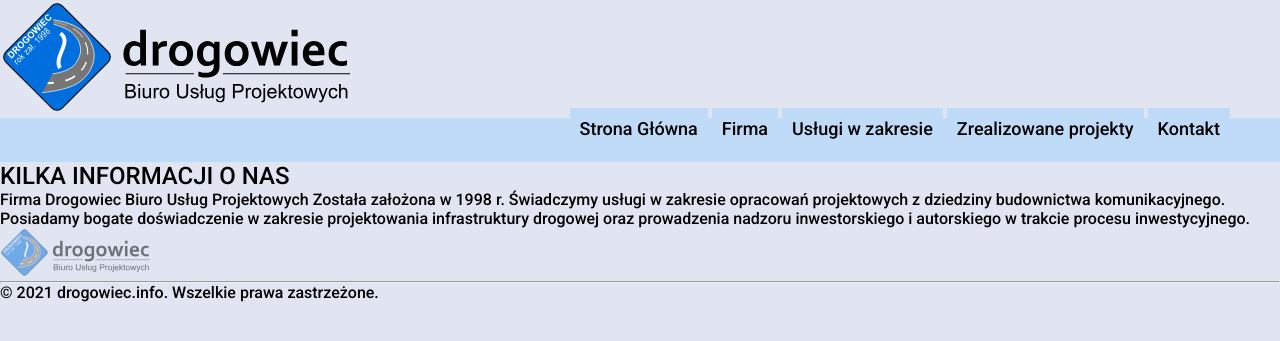
Repository: AdamBodzak/WTF_v2
Page: index.html
An editor plug-in stored every save of this project. The page is shown before and after the next save, followed by the edit.
The browser window is 1280 px wide. The pictures show the whole page.

Above is the page before, as saved 2021-01-06 14:54:09.

After the next save:
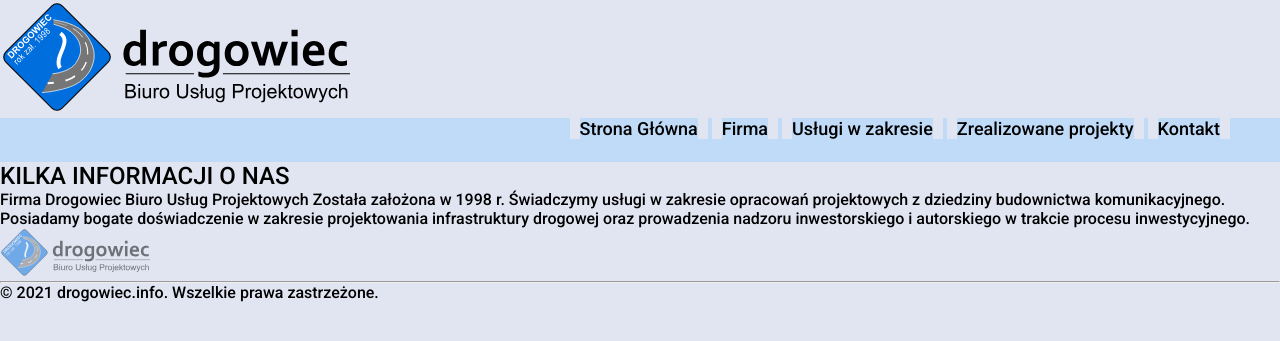
Saved 23 s later.
--- a/style.css
+++ b/style.css
@@ -27,9 +27,9 @@
     font-size: 18px;
     color: black;
     text-decoration: none;
-    padding: 10px;
+    margin: 10px;
     background-color: #BFDBF7;
-    display: list;
+
 }
 
 #logoFooter {

After the save that followed:
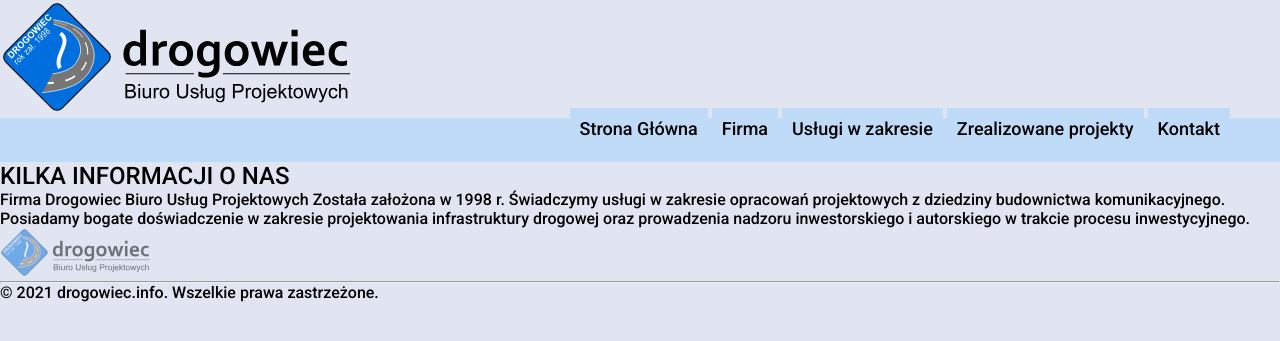
Saved 55 s later.
--- a/style.css
+++ b/style.css
@@ -27,7 +27,7 @@
     font-size: 18px;
     color: black;
     text-decoration: none;
-    margin: 10px;
+    padding: 10px;
     background-color: #BFDBF7;
 
 }
